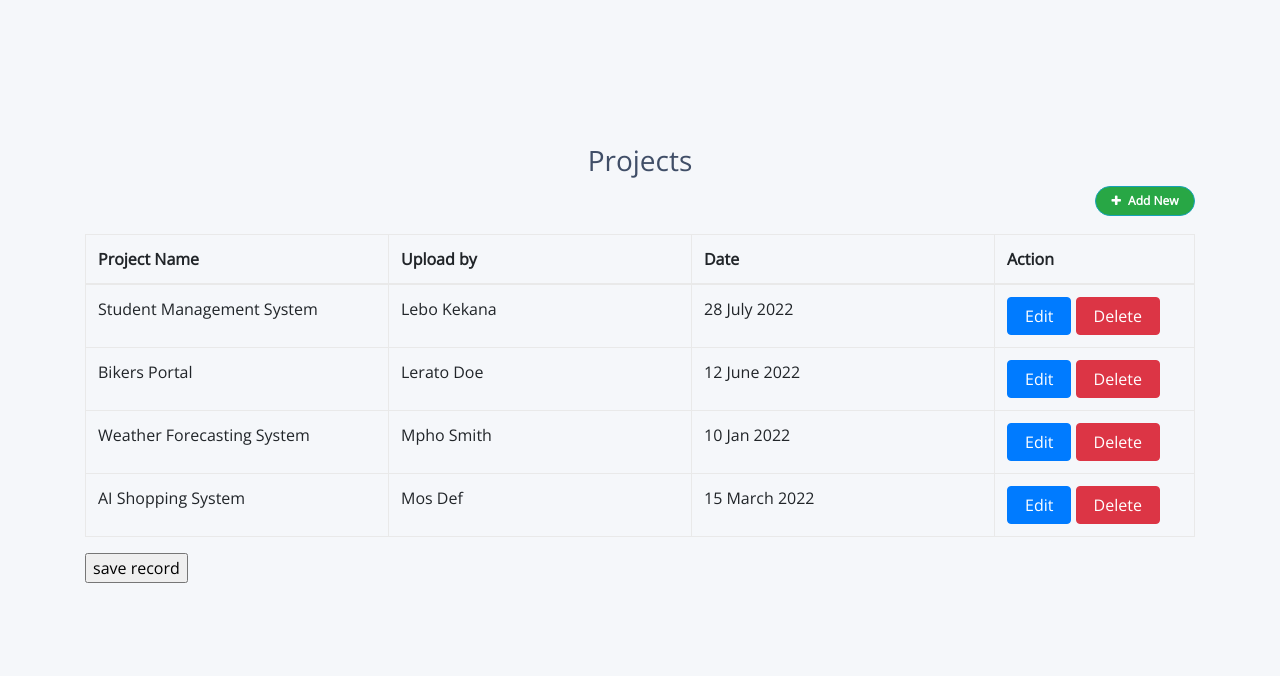
Repository: nkululeko-ndovela/Django_App
Page: Project/templates/index.html
These files come from the project's save history. The page is drawn as it stood at one moment and after a run of saves; the edit follows.
The browser window is 1280 px wide. The pictures show the whole page.
Some web fonts or font styles are not loaded; a fallback is used. The template is drawn by Django 3.2. The application's start-up code is not run. Other server files are loaded and not shown. The template is opened directly, without the code that normally fills it, so the values that code supplies are empty.

Above is the page before, as saved 2021-10-20 09:10:51.

### Project/templates/index.html
<!DOCTYPE html>
<html lang="en">
<head>
<meta charset="utf-8">
<meta name="viewport" content="width=device-width, initial-scale=1, shrink-to-fit=no">
<title>Projects</title>
<link rel="stylesheet" href="https://fonts.googleapis.com/css?family=Roboto|Varela+Round|Open+Sans">
<link rel="stylesheet" href="https://stackpath.bootstrapcdn.com/bootstrap/4.5.0/css/bootstrap.min.css">
<link rel="stylesheet" href="https://fonts.googleapis.com/icon?family=Material+Icons">
<link rel="stylesheet" href="https://maxcdn.bootstrapcdn.com/font-awesome/4.7.0/css/font-awesome.min.css">
<script src="https://code.jquery.com/jquery-3.5.1.min.js"></script>
<script src="https://cdn.jsdelivr.net/npm/popper.js@1.16.0/dist/umd/popper.min.js"></script>
<script src="https://stackpath.bootstrapcdn.com/bootstrap/4.5.0/js/bootstrap.min.js"></script>
<style>
body {
    color: #404E67;
    background: #F5F7FA;
    font-family: 'Open Sans', sans-serif;
}
h3 {
    text-align: center;
}

.table-title {
    padding-bottom: 10px;
    margin: 0 0 10px;
}
.table-title h2 {
    margin: 6px 0 0;
    font-size: 22px;
}
.table-title .add-new {
    float: right;
    height: 30px;
    font-weight: bold;
    font-size: 12px;
    text-shadow: none;
    min-width: 100px;
    border-radius: 50px;
    line-height: 13px;
}
.table-title .add-new i {
    margin-right: 4px;
}
table.table {
    table-layout: fixed;
}
table.table tr th, table.table tr td {
    border-color: #e9e9e9;
}
table.table th i {
    font-size: 13px;
    margin: 0 5px;
    cursor: pointer;
}
table.table th:last-child {
    width: 200px;
}
table.table td a {
    cursor: pointer;
    display: inline-block;
    margin: 0 5px;
    min-width: 16px;
}
table.table td a.add {
    color: #00ff73;
}
table.table td a.edit {
    color: #ffffff;
}
table.table td a.delete {
    color: #ffffff;
}
table.table td i {
    font-size: 16px;
}
table.table td a.add i {
    font-size: 24px;
    margin-right: -1px;
    position: relative;
    top: 3px;
}
table.table .form-control {
    height: 32px;
    line-height: 32px;
    box-shadow: none;
    border-radius: 2px;
}
table.table .form-control.error {
    border-color: #f50000;
}
table.table td .add {
    display: none;
}
</style>
<script>
$(document).ready(function(){
	$('[data-toggle="tooltip"]').tooltip();
	var actions = $("table td:last-child").html();

    $(".add-new").click(function(){
		$(this).attr("disabled", "disabled");
		var index = $("table tbody tr:last-child").index();
        var row = '<tr>' +
            '<td><input type="text" class="form-control" name="Project_Name" id="Project_Name"></td>' +
            '<td><input type="text" class="form-control" name="Upload_By" id="Upload_By"></td>' +
            '<td><input type="text" class="form-control" name="dated" id="dated"></td>' +
			'<td>' + actions + '</td>' +
        '</tr>';
    	$("table").append(row);
		$("table tbody tr").eq(index + 1).find(".add, .edit").toggle();
        $('[data-toggle="tooltip"]').tooltip();
    });
	$(document).on("click", ".add", function(){
		var empty = false;
		var input = $(this).parents("tr").find('input[type="text"]');
        input.each(function(){
			if(!$(this).val()){
				$(this).addClass("error");
				empty = true;
			} else{
                $(this).removeClass("error");
            }
		});
		$(this).parents("tr").find(".error").first().focus();
		if(!empty){
			input.each(function(){
				$(this).parent("td").html($(this).val());
			});
			$(this).parents("tr").find(".add, .edit").toggle();
			$(".add-new").removeAttr("disabled");
		}
    });

	$(document).on("click", ".edit", function(){
        $(this).parents("tr").find("td:not(:last-child)").each(function(){
			$(this).html('<input type="text" class="form-control" value="' + $(this).text() + '">');
		});
		$(this).parents("tr").find(".add, .edit").toggle();
		$(".add-new").attr("disabled", "disabled");
    });

	$(document).on("click", ".delete", function(){
        $(this).parents("tr").remove();
		$(".add-new").removeAttr("disabled");
    });
});
</script>
</head>
<body><br><br><br><br><br><br>
    <h3>Projects</h3>
<div class="container-lg">
    <div class="table-responsive">
            <div class="table-title">
                <div class="row">

                    <div class="col-sm-12">
                        <button type="button" class="btn btn-info add-new bg-success"><i class="fa fa-plus"></i> Add New</button>
                    </div><br><br>

            </div>
            <form method="POST">
            <table class="table table-bordered">
                {% csrf_token %}
                <thead>
                    <tr>
                        <th>Project Name</th>
                        <th>Upload by</th>
                        <th>Date</th>
                        <th>Action</th>
                    </tr>
                </thead>
                <tbody>
                    <tr>
                        <td>Student Management System</td>
                        <td>Lebo Kekana</td>
                        <td>28 July 2022</td>
                        <td>
                            <a class="add" title="Add" data-toggle="tooltip">Add</a>
                            <button type="button" class="btn btn-primary"><a class="edit" title="Edit" data-toggle="tooltip">Edit</a></button>

                            <button type="button" class="btn btn-danger"><a class="delete" title="Delete" data-toggle="tooltip">Delete</a></button>
                        </td>
                    </tr>
                    <tr>
                        <td>Bikers Portal</td>
                        <td>Lerato Doe</td>
                        <td>12 June 2022</td>
                        <td>
                            <a class="add" title="Add" data-toggle="tooltip">Add</a>
                            <button type="button" class="btn btn-primary"><a class="edit" title="Edit" data-toggle="tooltip">Edit</a></button>

                            <button type="button" class="btn btn-danger"><a class="delete" title="Delete" data-toggle="tooltip">Delete</a></button>
                        </td>
                    </tr>
                    <tr>
                        <td>Weather Forecasting System</td>
                        <td>Mpho Smith</td>
                        <td>10 Jan 2022</td>
                        <td>
                            <a class="add" title="Add" data-toggle="tooltip">Add</a>
                            <button type="button" class="btn btn-primary"><a class="edit" title="Edit" data-toggle="tooltip">Edit</a></button>

                            <button type="button" class="btn btn-danger"><a class="delete" title="Delete" data-toggle="tooltip">Delete</a></button>
                        </td>
                    </tr>
                    <tr>
                        <td>AI Shopping System</td>
                        <td>Mos Def</td>
                        <td>15 March 2022</td>
                        <td>

                    <a class="add" title="Add" data-toggle="tooltip">Add</a>
                     <button type="button" class="btn btn-primary"><a class="edit" title="Edit" data-toggle="tooltip">Edit</a></button>
                      <button type="button" class="btn btn-danger"><a class="delete" title="Delete" data-toggle="tooltip">Delete</a></button>
                        </td>
                    </tr>
                </tbody>
            </table>
            <input type="submit" value = "save record"/>

        </form>
        </div>
</div>
</div>
</body>
</html>

After the next 4 saves:
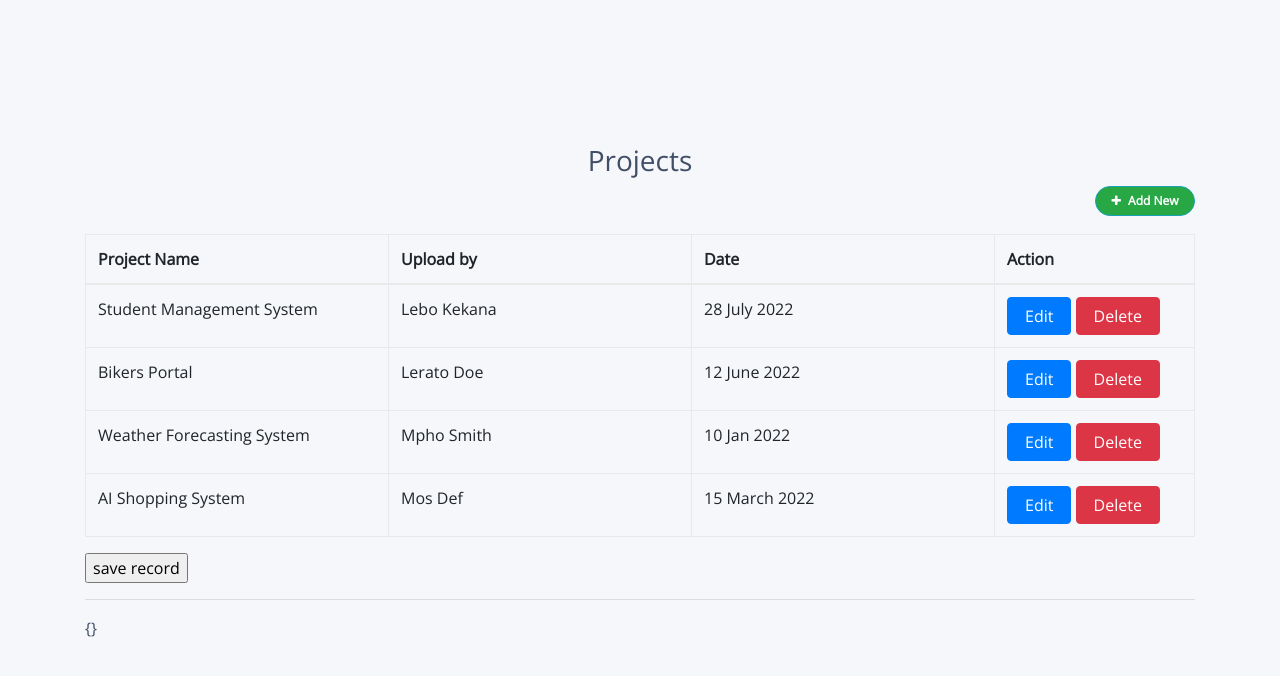
The 4 saves are shown as one change because they came seconds apart.
The last was saved 10 s later.
--- a/Project/templates/index.html
+++ b/Project/templates/index.html
@@ -218,7 +218,8 @@ $(document).ready(function(){
                 </tbody>
             </table>
             <input type="submit" value = "save record"/>
-
+            <hr>
+            {}
         </form>
         </div>
 </div>
